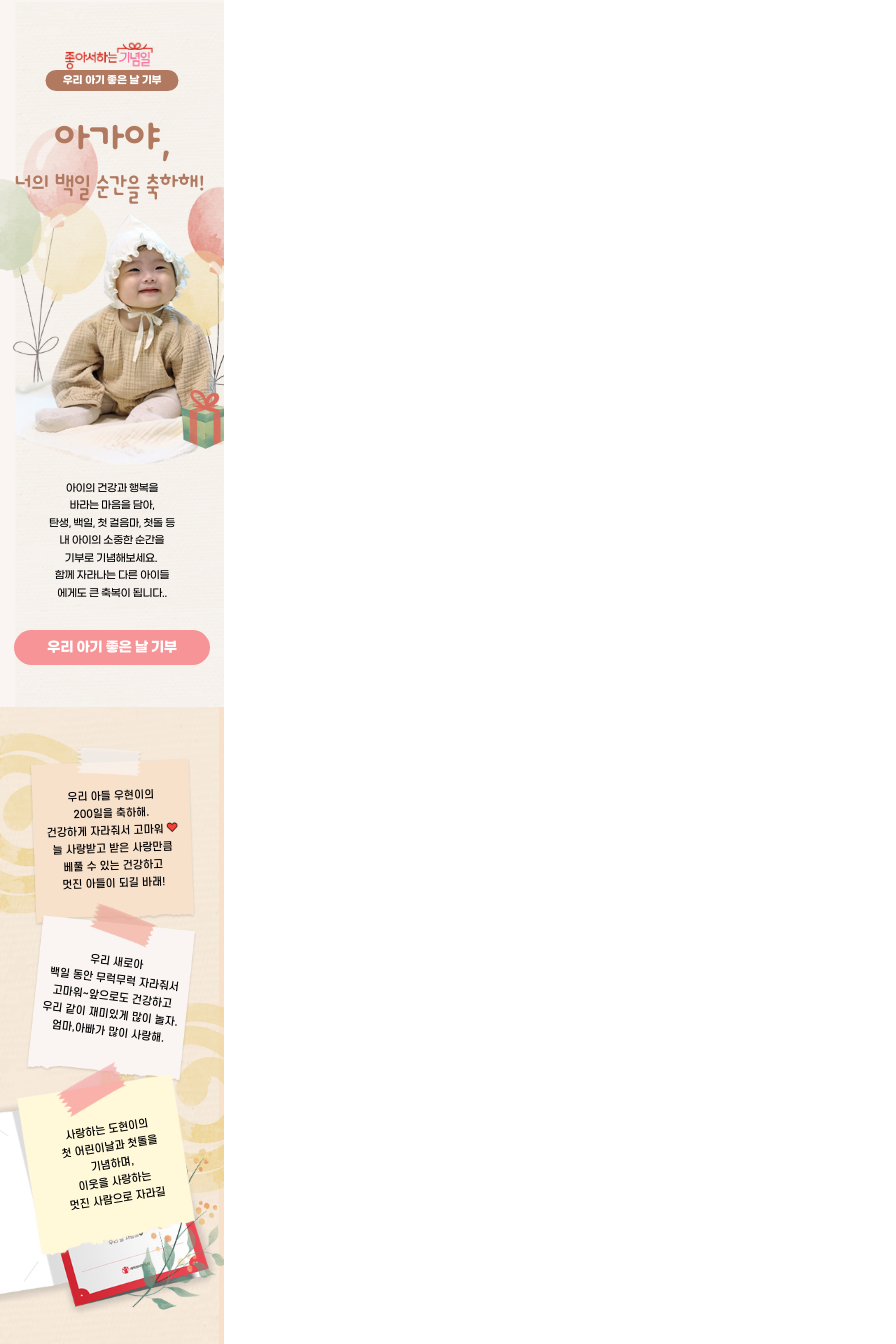
Repository: dlgywls1130/save_the_m320
Page: index.html
An editor plug-in stored every save of this project. The page is shown before and after the next save, followed by the edit.
The browser window is 1280 px wide. The pictures show the part of the page from y = 0 to 1920 px (the page is 6830 px tall), at 70% of full size.

Above is the page before, as saved 2023-12-21 11:15:04.

After the next save:
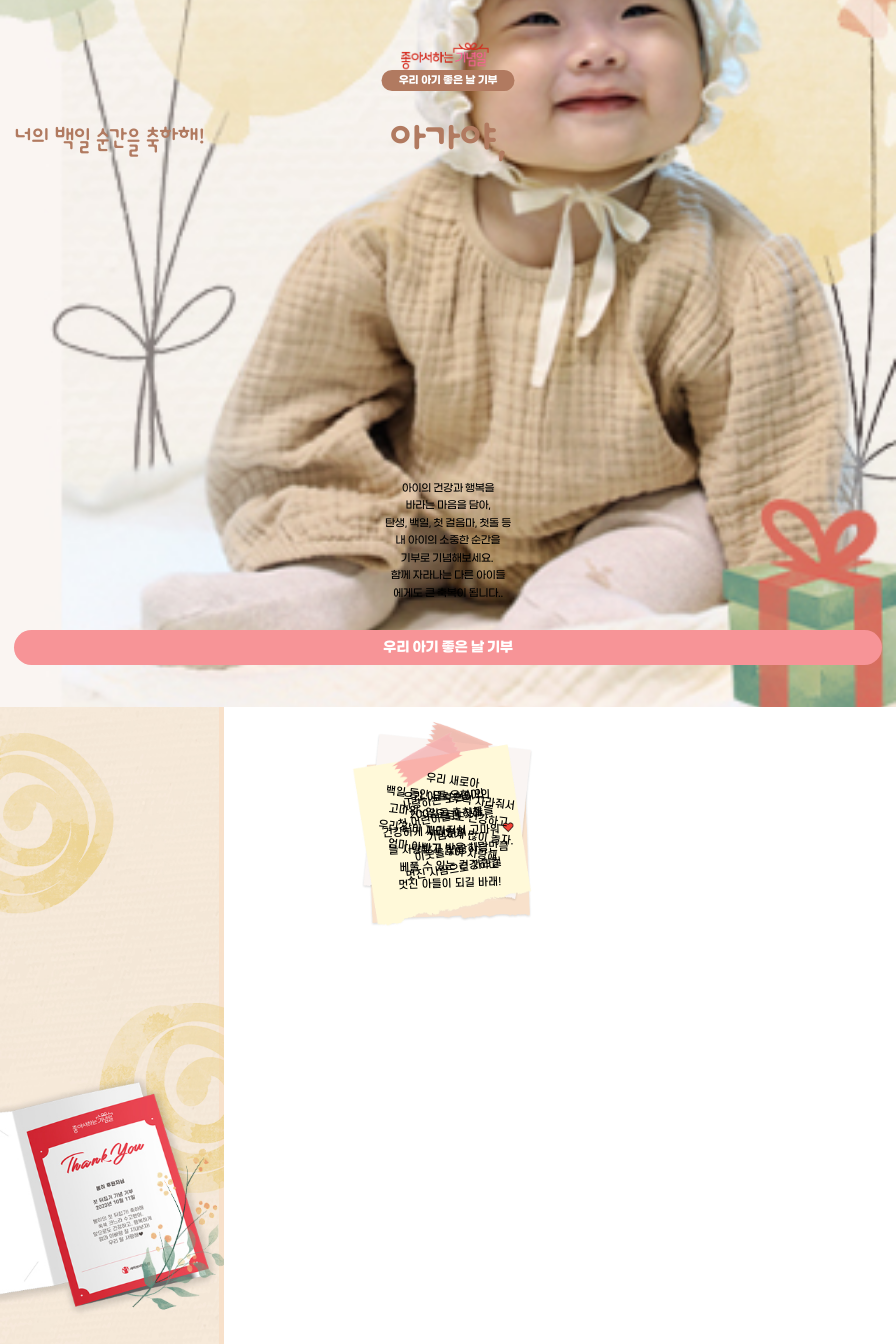
Saved 50 s later.
--- a/css/style.css
+++ b/css/style.css
@@ -96,13 +96,13 @@
 
 
 .section_wrapper{
-    max-width:320px;
+    max-width:100%;
     width: 100%;
 
 }
 
 .se_wrapper{
-    max-width: 320px;
+    max-width: 100%;
     width: 100%;
     position: relative;
     box-sizing: border-box;
